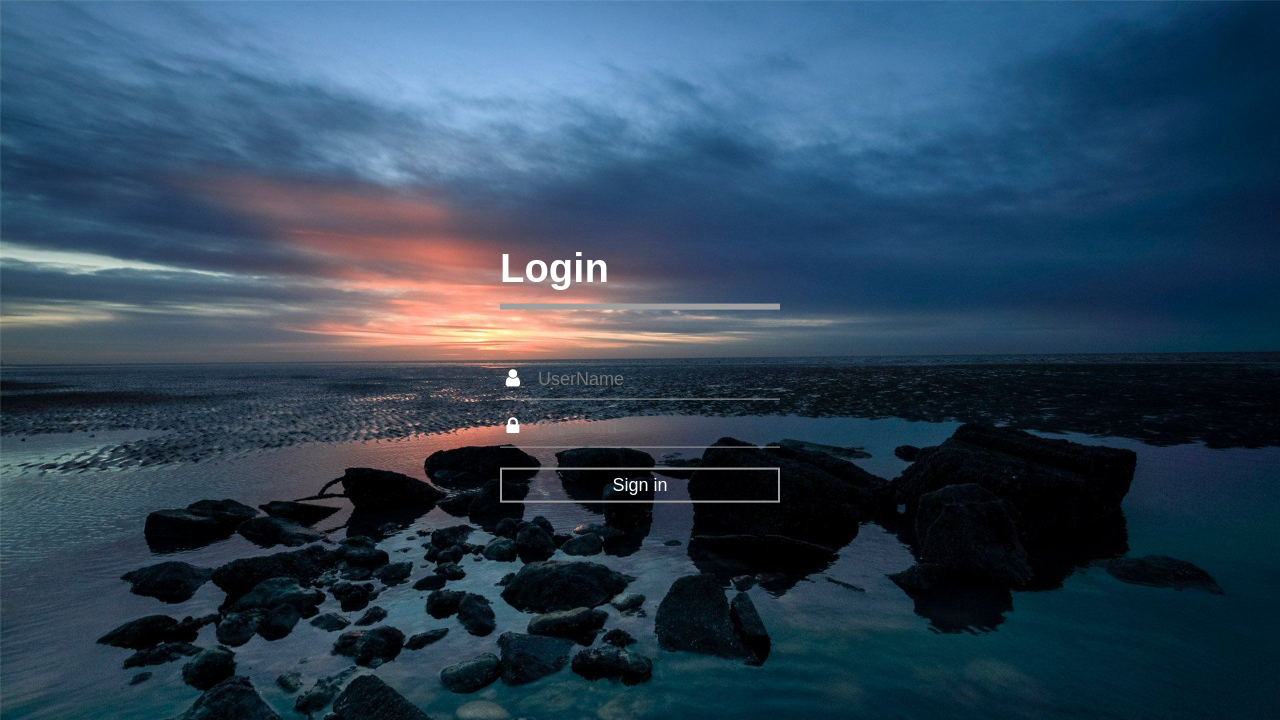
Repository: Berilinanir/Login-Logout-System
Page: Loginn/WebContent/login.html
The author's editor kept a copy of each file at every save. The page is drawn from the files as they stood at one save, then again after the next save.
The browser window is 1280 px wide. The pictures show the whole page.

Above is the page before, as saved 2018-10-13 13:14:51.

After the next save:
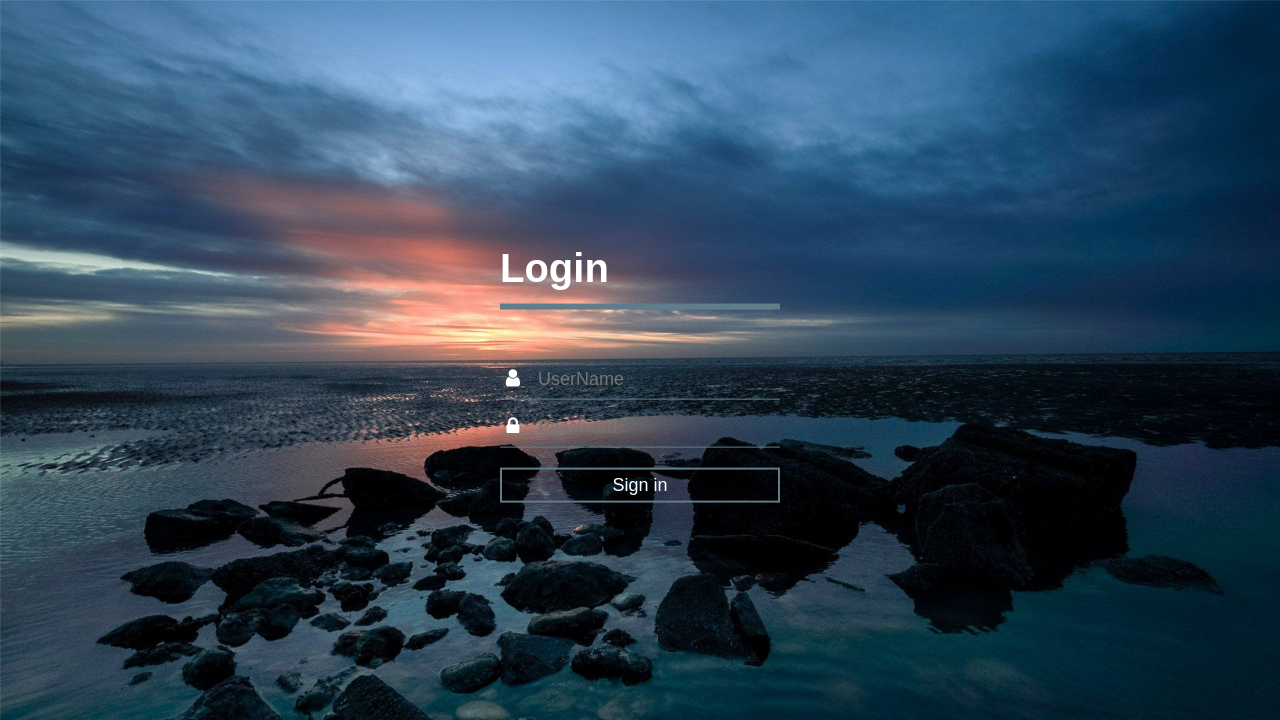
Saved 89 s later.
--- a/Loginn/WebContent/style2.css
+++ b/Loginn/WebContent/style2.css
@@ -27,7 +27,7 @@ body{
 
 	 float:inherit;
 	 font-size:40px;
-	 border-bottom:6px solid #9e9e9e;
+	 border-bottom:6px solid #607D8B;
 	 margin-bottom:50px;
 	 padding:13px 0
 
@@ -40,7 +40,7 @@ body{
 	font-size:20px;
 	padding:8px 0;
 	margin:8px 0;
-	border-bottom:1px solid #9e9e9e;
+	border-bottom:1px solid #607D8B;
 
 }
 
@@ -68,7 +68,7 @@ body{
 
 	width:100%;
 	background:none;
-	border:2px solid #9e9e9e;
+	border:2px solid #607D8B;
 	color:white;
 	padding:5px;
 	font-size:18px;
